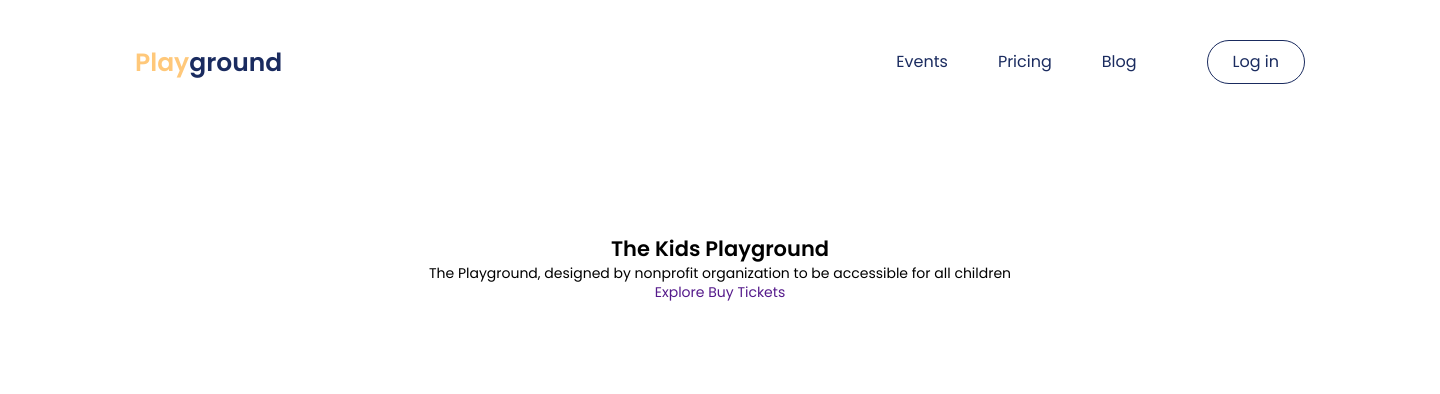
Repository: khuong30082000/the-playground
Page: index.html
The author's editor kept a copy of each file at every save. The page is drawn from the files as they stood at one save, then again after a run of saves.
The browser window is 1280 px wide. The page is 1440 px wide, so the pictures cover 1440 px, including what lies to the right of the window. The pictures show the whole page.
The style sheet was rebuilt from its Sass, Less or Tailwind sources for each picture, by a compiler version that may differ from the author's.

Above is the page before, as saved 2022-04-25 13:18:19.

### index.html
<!DOCTYPE html>
<html lang="en">

<head>
    <meta charset="UTF-8" />
    <meta http-equiv="X-UA-Compatible" content="IE=edge" />
    <meta name="viewport" content="width=device-width, initial-scale=1.0" />
    <title>Document</title>
    <link rel="stylesheet" href="css/style.css" />
    <link rel="preconnect" href="https://fonts.googleapis.com" />
    <link rel="preconnect" href="https://fonts.gstatic.com" crossorigin />
    <link href="https://fonts.googleapis.com/css2?family=Poppins:wght@300;400;600&display=swap" rel="stylesheet" />
    <link rel="stylesheet"
        href="https://cdn.jsdelivr.net/npm/@fortawesome/fontawesome-free@5.15.4/css/fontawesome.min.css" />
</head>

<body>
    <div class="wrapper">
        <header class="header">
            <div class="container ">
                <div class="header__inner">
                    <a href="index.html" class="header__logo"><span class="header__logo-text">Play</span>ground</a>
                    <ul class="header__menu-list">
                        <li class="header__menu-item">
                            <a href="" class="header__menu-link">Events</a>
                        </li>
                        <li class="header__menu-item">
                            <a href="" class="header__menu-link">Pricing</a>
                        </li>
                        <li class="header__menu-item">
                            <a href="" class="header__menu-link">Blog</a>
                        </li>
                        <li class="header__menu-item">
                            <a href="" class="header__menu-link header__menu-login">Log in</a>
                        </li>
                    </ul>
                </div>
            </div>
        </header>
        <section class="banner">
            <div class="container">
                <h1 class="banner__heading">The Kids Playground</h1>
                <p class="banner__desc">The Playground, designed by nonprofit organization to be accessible for all
                    children </p>
                <div class="banner__bottom">
                    <a href="" class="btn banner__bottom-left">Explore</a>
                    <a href="" class="btn banner__bottom-right">Buy Tickets</a>
                </div>
            </div>
        </section>
    </div>
</body>

</html>

### scss/style.scss
@import "./variable";
@import "./mixins";
@import "./base";
@import  "./header";
@import "./banner";

### scss/_variable.scss
$primary-color:#ffc87a;
$text-color:#1a2b5f

### scss/_mixins.scss
@mixin flex($align:flex-start,$justify:flex-start,$wrap:nowrap) {
   display:flex;
   align-items: $align;
   justify-content: $justify;
   flex-wrap: $wrap;
}

### scss/_base.scss
*,
*::before,
*::after {
    box-sizing: border-box;
}
* {
    margin: 0;
}

html,
body {
    height: 100%;
    font-size: 62.5%;
}
a {text-decoration: none;}
body {
    line-height: 1.5;
    -webkit-font-smoothing: antialiased;
    -webkit-tap-highlight-color: rgba(0, 0, 0, 0);
}
img {
    display: block;
    max-width: 100%;
}

input,
button,
textarea,
select {
    font: inherit;
    outline: none;
    border: none;
}
p,
h1,
h2,
h3,
h4,
h5,
h6 {
    overflow-wrap: break-word;
}
body {
    font-family: "Poppins", sans-serif;
   font-size: 1.4rem;
   line-height: 1.4;

}
.wrapper {
    width: 144rem;
    margin: 0 auto;
}
.container {
    max-width: 121rem;
    padding-left: 2rem;
    padding-right: 2rem;
    margin:0 auto;
}

### scss/_header.scss
.header {
  padding-top: 4rem;
  &__inner {
    @include flex(center, space-between);
  }
  &__menu {
    &-list {
      @include flex(center);
      list-style: none;
    }
    &-item {
      margin-left: 5rem;
      &:last-child {
        margin-left: 7rem;
      }
    }
    &-link {
      font-size: 1.6rem;
      color: $text-color;
      transition:color 0.25s linear , border 0.25s linear;
      &:hover {
        color: $primary-color;
      }
    }
    &-login {
      padding: 1rem 2.5rem;
      border: 1px solid;
      border-radius: 2.5rem;
      display: inline-block;
    }
  }
  &__logo {
    font-size: 2.5rem;
    font-weight: 600;
    color: $text-color;
    &-text {
      color: $primary-color;
    }
  }
}

### scss/_banner.scss
.banner {
    padding-top: 15rem;
    max-width: 80rem;
    margin: 0 auto;
    text-align: center;
    &__heading {
        font-weight: 600;
    }
}

After the next 2 saves:
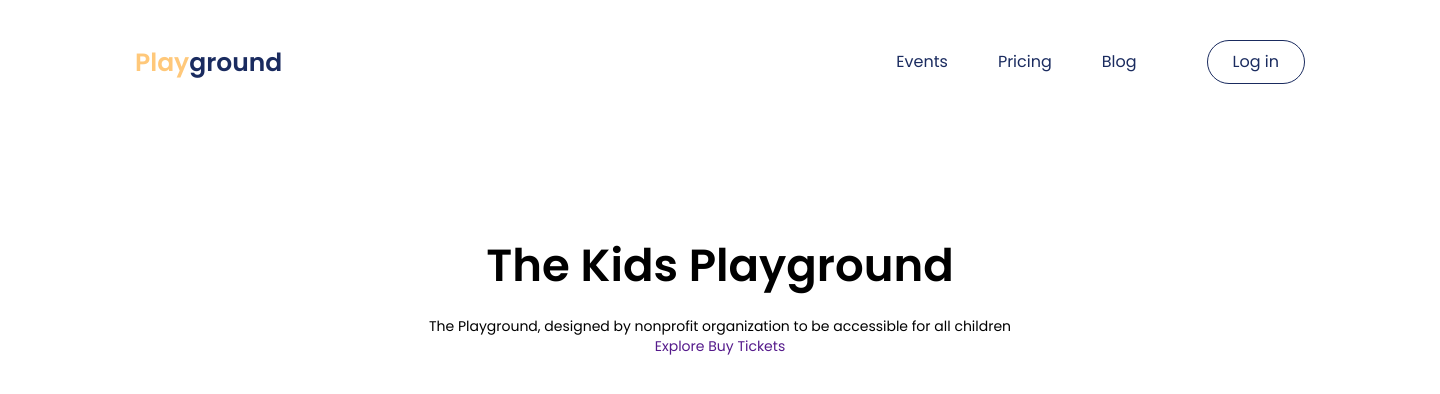
The 2 saves are shown as one change because they came seconds apart.
The last was saved 8 s later.
--- a/scss/_banner.scss
+++ b/scss/_banner.scss
@@ -5,5 +5,7 @@
     text-align: center;
     &__heading {
         font-weight: 600;
+        font-size: 4.5rem;
+        margin-bottom: 2rem;
     }
 }
